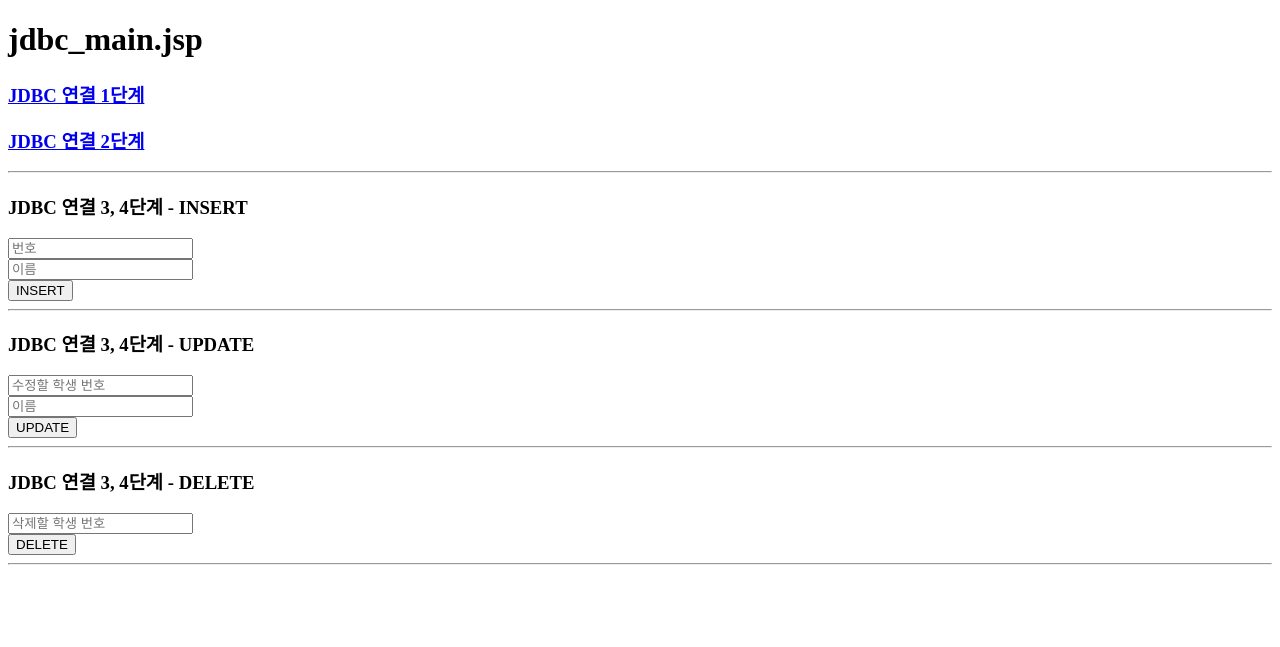
Repository: junesse-afk/ITJSP
Page: http://localhost/StudyJSP/jsp10_jdbc/jdbc_main.jsp
These files come from the project's save history. The page is drawn as it stood at one moment and after the next save; the edit follows.
The browser window is 1280 px wide. The pictures show the whole page.
The page is served by Tomcat 10.

Above is the page before, as saved 2024-11-29 05:49:33.

After the next save:
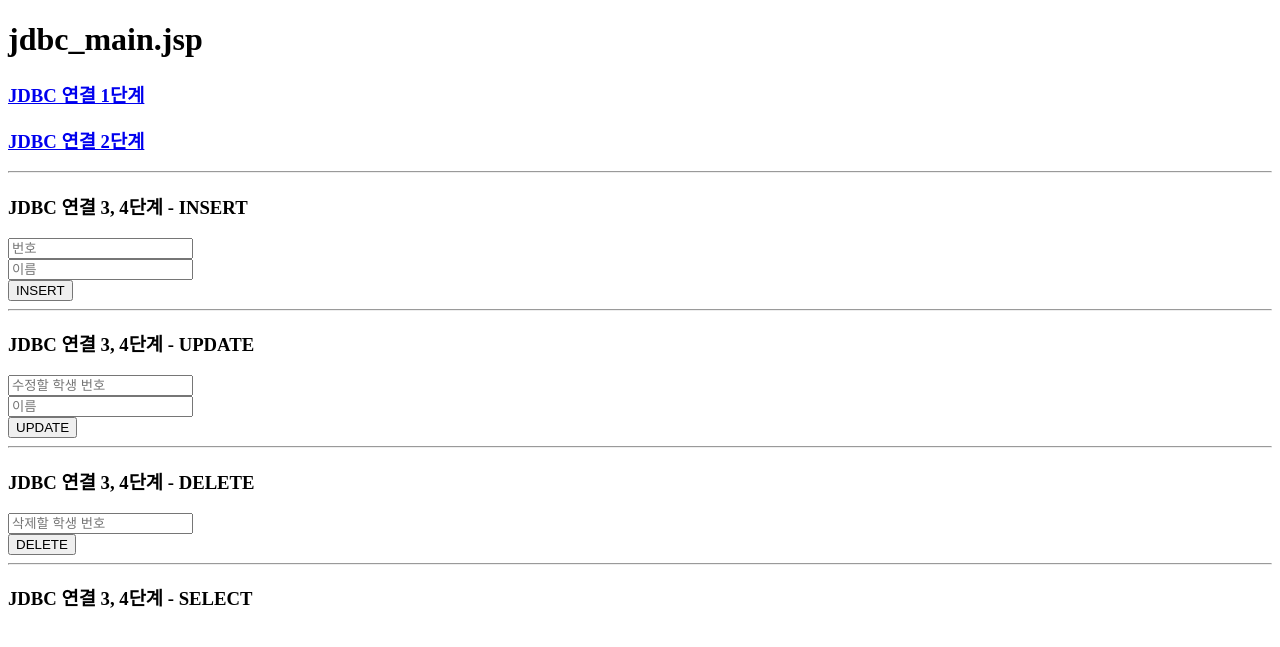
Saved 11 min 48 s later.
--- a/workspace_jsp/StudyJSP/src/main/webapp/jsp10_jdbc/jdbc_main.jsp
+++ b/workspace_jsp/StudyJSP/src/main/webapp/jsp10_jdbc/jdbc_main.jsp
@@ -39,6 +39,14 @@
 	</form>
 	<hr>
 
+	<h3>JDBC 연결 3, 4단계 - SELECT</h3>
+
+
+
+
+
+
+
 
 </body>
 </html>
